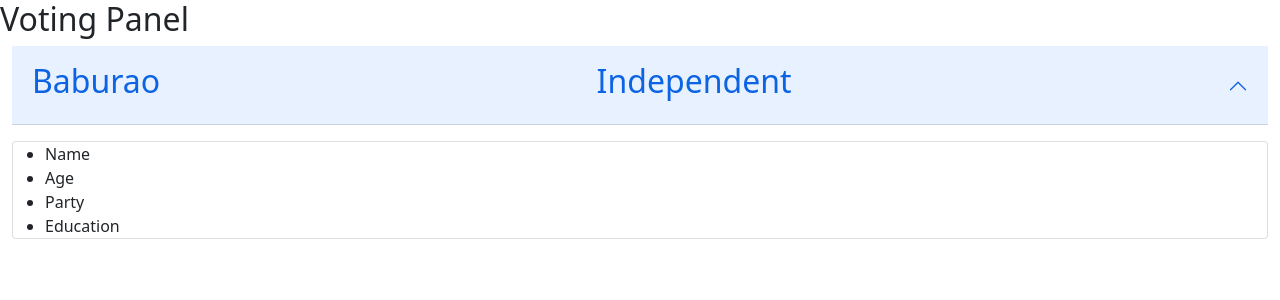
Repository: DavidManiIbrahim/Voting-app
Page: panel.html
These files come from the project's save history. The page is drawn as it stood at one moment and after the next save; the edit follows.
The browser window is 1280 px wide. The pictures show the whole page.

Above is the page before, as saved 2025-01-20 05:29:39.

After the next save:
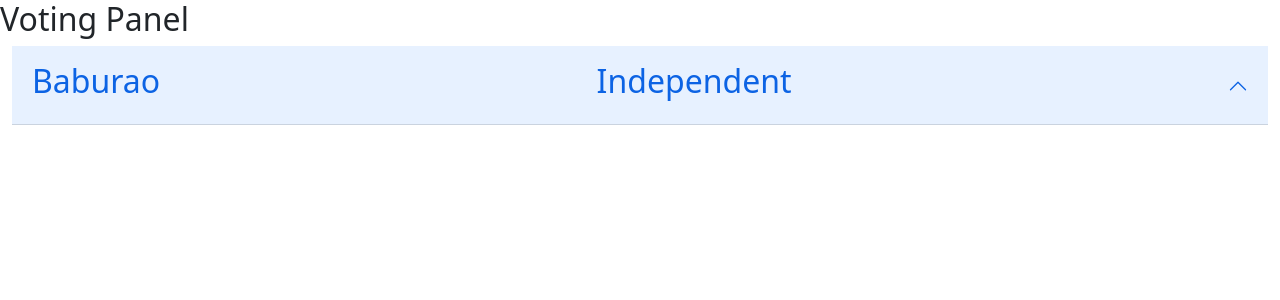
Saved 7 s later.
--- a/panel.html
+++ b/panel.html
@@ -20,7 +20,7 @@
             <img src="" alt="">
         </button>
 <p >
-    <ul class="accordion-item" id="accord">
+    <ul class="collapse accordion-item" id="accord">
         <li>Name</li>
         <li>Age</li>
         <li>Party</li>
